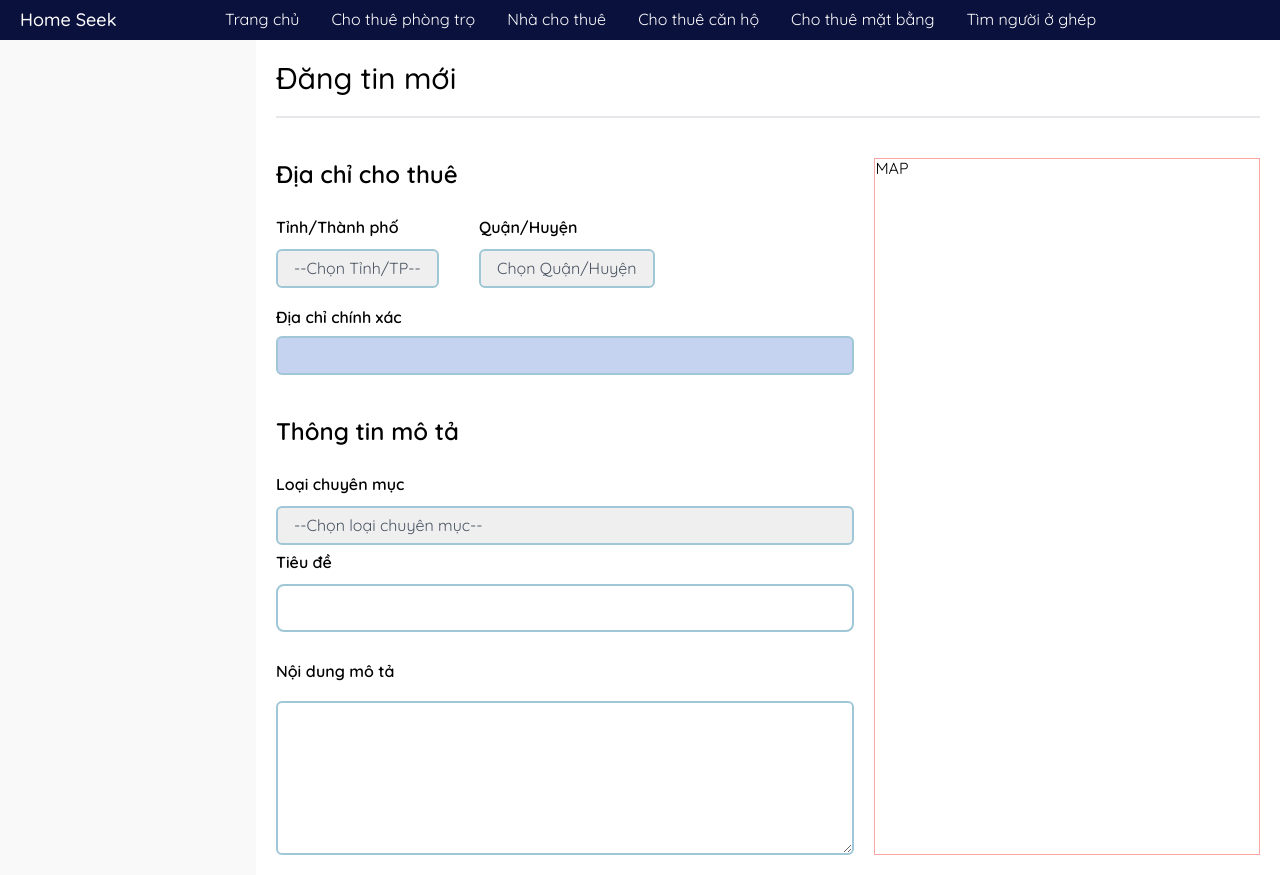
Repository: ajincome26/homeseek
Page: /create (app in client/)
These files come from the project's save history. The page is drawn as it stood at one moment and after the next save; the edit follows.
The browser window is 1280 px wide. The pictures show the whole page.
The page's requests for data from a server got no answer. The project was rebuilt for these pictures with package versions that can differ from the ones it lists, and the page was loaded fresh each time. Some packages were replaced by stand-ins written for this rebuild. No one was signed in, and anything a server would have sent is missing. Also part of the build but not shown: client/vite.config.ts, client/src/components/Footer/Footer.tsx, client/src/components/Button/Button.tsx, client/src/components/Button/index.ts, client/src/utils/utils.tsx, client/src/components/MainHeader/components/User.tsx, client/src/components/Popover/Popover.tsx, client/src/components/Popover/index.ts and 16 more.

Above is the page before, as saved 2024-01-10 05:13:17.

### client/index.html
<!doctype html>
<html lang="en">
  <head>
    <meta charset="UTF-8" />
    <link rel="icon" type="image/svg+xml" href="/vite.svg" />
    <meta name="viewport" content="width=device-width, initial-scale=1.0" />
    <title>Home Seek</title>
    <link rel="preconnect" href="https://fonts.googleapis.com" />
    <link rel="preconnect" href="https://fonts.gstatic.com" crossorigin />
    <link
      href="https://fonts.googleapis.com/css2?family=Quicksand:wght@300;400;500;600;700&display=swap"
      rel="stylesheet"
    />
  </head>
  <body>
    <div id="root"></div>
    <script type="module" src="/src/main.tsx"></script>
  </body>
</html>

### client/src/main.tsx
import ReactDOM from 'react-dom/client'
import App from './App'
import './styles/index.scss'
import { BrowserRouter } from 'react-router-dom'
import { QueryClient, QueryClientProvider } from '@tanstack/react-query'
import { ReactQueryDevtools } from '@tanstack/react-query-devtools'
import { AuthProvider } from './contexts/auth.context'
import { ErrorBoundary } from './components/ErrorBoundary'

// Create a client
const queryClient = new QueryClient({
  defaultOptions: {
    queries: {
      refetchOnWindowFocus: false // disable việc fetch lại api khi focus tab window
    }
  }
})

ReactDOM.createRoot(document.getElementById('root')!).render(
  <BrowserRouter>
    <QueryClientProvider client={queryClient}>
      <AuthProvider>
        <ErrorBoundary>
          <App />
        </ErrorBoundary>
      </AuthProvider>
      <ReactQueryDevtools initialIsOpen={false} />
    </QueryClientProvider>
  </BrowserRouter>
)

### client/src/App.tsx
import { useEffect } from 'react'
import { useAuth } from './contexts/auth.context'
import useRoute from './useRoute'
import { LocalStorageEventTarget } from './utils/auth'
import { ToastContainer } from 'react-toastify'
import 'react-toastify/dist/ReactToastify.css'

function App() {
  const routeElements = useRoute()
  const { resetAuth } = useAuth()
  useEffect(() => {
    LocalStorageEventTarget.addEventListener('clearLS', () => {
      resetAuth()
    })
    return () => {
      LocalStorageEventTarget.removeEventListener('clearLS', () => {
        resetAuth()
      })
    }
  }, [resetAuth])
  return (
    <div className='bg-third'>
      <ToastContainer />
      <div>{routeElements}</div>
    </div>
  )
}

export default App

### client/src/styles/index.scss
@tailwind base;
@tailwind components;
@tailwind utilities;

@import 'reset';

body {
  font-family: 'Quicksand', sans-serif;
  font-size: 16px;
  line-height: 1.2;
}

select {
  -webkit-appearance: none;
  -moz-appearance: none;
  appearance: none;
}

::-webkit-scrollbar {
  width: 10px;
}
::-webkit-scrollbar-track {
  background-color: #fafafa;
}
::-webkit-scrollbar-thumb {
  background-color: #ccd0d7;
  border-radius: 50px;
}

/* Chrome, Safari, Edge, Opera */
input::-webkit-outer-spin-button,
input::-webkit-inner-spin-button {
  -webkit-appearance: none;
  margin: 0;
}
/* Firefox */
input[type='number'] {
  appearance: textfield;
}

.cr-truncate-1 {
  overflow: hidden;
  display: -webkit-box;
  -webkit-box-orient: vertical;
  -webkit-line-clamp: 1;
  text-overflow: ellipsis;
  word-break: break-word;
}

// class tailwind-sort
.cr-transition {
  @apply transition-all ease-linear duration-200;
}
.cr-hover-text {
  @apply hover:text-[#977616] transition-colors ease-linear duration-200 cursor-pointer;
}
.cr-input-text {
  @apply px-3 py-2 border-[2px] border-[#a0c7d6] outline-none rounded-md focus:border-[#4b5fc2] cr-transition box-border w-full;
}

### client/src/contexts/auth.context.tsx
import React, { createContext, useContext, useState } from 'react'
import { User } from '~/types/user.type'
import { getAccessToken, getUserInfoFromStorage } from '~/utils/auth'

interface AuthProviderType {
  isLoggedIn: boolean
  setIsLoggedIn: React.Dispatch<React.SetStateAction<boolean>>
  userInfo: User | null
  setUserInfo: React.Dispatch<React.SetStateAction<User | null>>
  resetAuth: () => void
}
const initialContext: AuthProviderType = {
  isLoggedIn: Boolean(getAccessToken()),
  setIsLoggedIn: () => null,
  userInfo: getUserInfoFromStorage(),
  setUserInfo: () => null,
  resetAuth: () => null
}

const AuthContext = createContext<AuthProviderType>(initialContext)
const useAuth = () => {
  const context = useContext(AuthContext)
  if (typeof context === 'undefined') throw new Error('useAuth must be used within a AuthContext')
  return context
}
const AuthProvider = ({ children }: { children: React.ReactNode }) => {
  const [isLoggedIn, setIsLoggedIn] = useState(initialContext.isLoggedIn)
  const [userInfo, setUserInfo] = useState(initialContext.userInfo)
  const resetAuth = () => {
    setIsLoggedIn(false)
    setUserInfo(null)
  }
  return (
    <AuthContext.Provider value={{ isLoggedIn, setIsLoggedIn, userInfo, setUserInfo, resetAuth }}>
      {children}
    </AuthContext.Provider>
  )
}

// eslint-disable-next-line react-refresh/only-export-components
export { useAuth, AuthProvider }

### client/src/components/ErrorBoundary/index.ts
export { default as ErrorBoundary } from './ErrorBoundary'

### client/src/useRoute.tsx
import { useRoutes } from 'react-router-dom'
import { path } from './constants/path'
import { MainLayout } from './layouts/MainLayout'
import ManageLayout from './layouts/ManageLayout/ManageLayout'
import { CreatePost } from './pages/CreatePostPage'
import { HomePage } from './pages/HomePage'
import { LoginPage } from './pages/LoginPage'
import { RegisterPage } from './pages/RegisterPage'

const { HOME, LOGIN, REGISTER, OAUTH, CREATE } = path

const useRoute = () => {
  return useRoutes([
    {
      path: LOGIN,
      element: <LoginPage />
    },
    {
      path: REGISTER,
      element: <RegisterPage />
    },
    {
      path: OAUTH,
      element: <LoginPage />
    },
    {
      path: OAUTH,
      element: <RegisterPage />
    },
    // Authen không ảnh hưởng
    {
      element: <ManageLayout />,
      children: [
        {
          index: true,
          path: CREATE,
          element: <CreatePost />
        }
      ]
    },
    {
      element: <MainLayout />,
      children: [
        {
          index: true,
          path: HOME,
          element: <HomePage />
        }
      ]
    }
  ])
}

export default useRoute

### client/src/utils/auth.ts
import { User } from '~/types/user.type'

export const LocalStorageEventTarget = new EventTarget()

export const getAccessToken = () => localStorage.getItem('accessToken') || ''
export const getRefreshToken = () => localStorage.getItem('refreshToken') || ''
export const setAccessToken = (accessToken: string) => localStorage.setItem('accessToken', accessToken)
export const setRefreshToken = (refreshToken: string) => localStorage.setItem('refreshToken', refreshToken)
export const getUserInfoFromStorage = () => {
  const info = localStorage.getItem('userInfo')
  return info ? JSON.parse(info) : null
}
export const setUserInfoToStorage = (userInfo: User) => localStorage.setItem('userInfo', JSON.stringify(userInfo))

export const clearLocalStorage = () => {
  localStorage.removeItem('accessToken')
  localStorage.removeItem('refreshToken')
  localStorage.removeItem('userInfo')
  const clearLSEvent = new Event('clearLS')
  LocalStorageEventTarget.dispatchEvent(clearLSEvent)
}

### client/src/styles/_reset.scss
*,
*::before,
*::after {
  box-sizing: border-box;
}
* {
  margin: 0;
  padding: 0;
}

html,
body {
  height: 100%;
}
body {
  line-height: 1.5;
  -webkit-font-smoothing: antialiased;
  -webkit-tap-highlight-color: rgba(0, 0, 0, 0);
}
a {
  text-decoration: none;
  color: inherit;
}
img,
picture,
video,
canvas,
svg {
  display: block;
  // max-width: 100%;
}
input,
button,
textarea,
select {
  font: inherit;
  outline: none;
}
option:checked {
  background-color: #0891b2;
  color: white;
  font-style: italic;
}
p,
h1,
h2,
h3,
h4,
h5,
h6 {
  overflow-wrap: break-word;
}

### client/src/constants/path.ts
export const path = {
  HOME: '/',
  LOGIN: '/login',
  OAUTH: '/login/oauth',
  REGISTER: '/register',
  LOGOUT: '/logout',

  ROOM_FOR_RENT: '/room-for-rent',
  HOUSE_FOR_RENT: '/house-for-rent',
  APARTMENT_FOR_RENT: '/apartment-for-rent',
  GROUND_FOR_RENT: '/ground-for-rent',
  FIND_A_ROOMATE: '/find-a-roomate',

  CREATE: '/create',
  MANAGE: '/manage',
  PROFILE: '/user/profile',
  CHANGE_PASSWORD: '/user/change-password',

  CONTACT: '/contact',

  NOT_FOUND: '*'
}

### client/src/layouts/MainLayout/index.ts
export { default as MainLayout } from './MainLayout'

### client/src/layouts/ManageLayout/ManageLayout.tsx
import { Outlet } from 'react-router-dom'
import { Sidebar } from '~/components/Sidebar'
import { SubHeader } from '~/components/SubHeader'

const ManageLayout = () => {
  return (
    <>
      <SubHeader />
      <div className='pt-[40px] flex'>
        <div className='min-h-[calc(100vh-40px)] basis-1/5'>
          <Sidebar />
        </div>
        <div className='bg-white basis-4/5'>
          <Outlet />
        </div>
      </div>
    </>
  )
}

export default ManageLayout

### client/src/pages/CreatePostPage/index.ts
export { default as CreatePost } from './CreatePost'

### client/src/pages/HomePage/index.ts
export { default as HomePage } from './HomePage'

### client/src/pages/LoginPage/index.ts
export { default as LoginPage } from './LoginPage'

### client/src/pages/RegisterPage/index.ts
export { default as RegisterPage } from './RegisterPage'

### client/src/components/Sidebar/index.ts
export { default as Sidebar } from './Sidebar'

### client/src/components/SubHeader/index.ts
export { default as SubHeader } from './SubHeader'

### client/src/pages/CreatePostPage/CreatePost.tsx
import { yupResolver } from '@hookform/resolvers/yup'
import { useForm } from 'react-hook-form'
import { postSchema, PostSchema } from '~/utils/schema'
import Address from './components/Address'
import Overview from './components/Overview'

export type FormPost = PostSchema

const CreatePost = () => {
  const { handleSubmit } = useForm<FormPost>({
    resolver: yupResolver(postSchema)
  })
  const handleCreatePost = (data: FormPost) => {}
  return (
    <div className='p-5 text-black'>
      <h2 className='w-full pb-5 text-3xl font-medium border-b-2'>Đăng tin mới</h2>
      <div className='flex gap-5 mt-10'>
        <form onSubmit={handleSubmit(handleCreatePost)} className='flex flex-col gap-10 basis-[60%]'>
          <Address />
          <Overview />
        </form>
        <div className='border border-red-300 map basis-[40%]'>MAP</div>
      </div>
    </div>
  )
}

export default CreatePost

### client/src/components/SubHeader/SubHeader.tsx
import { Link } from 'react-router-dom'
import { SubNavigation } from '../SubNavigation'

const SubHeader = () => {
  return (
    <div className='fixed w-full h-[40px] bg-primary text-white flex items-center gap-12 px-5'>
      <Link to={'/'} className='text-lg font-medium cursor-pointer hover:text-sixth cr-transition'>
        Home Seek
      </Link>
      <div className='w-[80%]'>
        <SubNavigation />
      </div>
    </div>
  )
}

export default SubHeader

### client/src/pages/CreatePostPage/components/Overview.tsx
import { yupResolver } from '@hookform/resolvers/yup'
import { useState } from 'react'
import { Field } from '~/components/Field'
import { Input } from '~/components/Input'
import { Select } from '~/components/Select'
import { categories } from '~/constants/data'
import { useForm } from 'react-hook-form'
import { postSchema, PostSchema } from '~/utils/schema'
import { Label } from '~/components/Label'

export type FormCreatePost = PostSchema

const Overview = () => {
  const [category, setCategory] = useState('')
  const {
    register,
    handleSubmit,
    setError,
    formState: { errors }
  } = useForm<FormCreatePost>({
    resolver: yupResolver(postSchema)
  })
  return (
    <div>
      <h1 className='mb-5 text-2xl font-semibold'>Thông tin mô tả</h1>
      <Field>
        <Label textColor='text-black' htmlFor='title'>
          Loại chuyên mục
        </Label>
        <Select
          type='category'
          optionTitle='--Chọn loại chuyên mục--'
          categories={categories as []}
          value={category}
          setValue={setCategory}
        />
      </Field>
      <Field>
        <Label textColor='text-black' htmlFor='title'>
          Tiêu đề
        </Label>
        <Input
          className='px-3 py-2 border-[2px] border-[#a0c7d6] outline-none focus:border-[#4b5fc2] cr-transition flex-1 hover:border-[#a0c7d6]'
          register={register}
          name='title'
          errorMessage={errors.title?.message}
        />
      </Field>
      <Field>
        <Label textColor='text-black' htmlFor='title'>
          Nội dung mô tả
        </Label>
        <textarea
          id='desc'
          className='mt-2 cr-input-text'
          rows={7}
          // value={payload.description}
          // onChange={(e) => setPayload((prev) => ({ ...prev, description: e.target.value }))}
          // onFocus={() => setInvalidFields([])}
        />
      </Field>
    </div>
  )
}

export default Overview

### client/src/components/Field/index.ts
export { default as Field } from './Field'

### client/src/components/Input/index.ts
export { default as Input } from './Input'
export { default as InputPassword } from './InputPassword'
export { default as InputSearch } from './InputSearch'
export { default as InputNumber } from './InputNumber'
export { default as InputFile } from './InputFile'
export { default as InputReadOnly } from './InputReadOnly'

### client/src/components/Label/index.ts
export { default as Label } from './Label'

### client/src/components/SubNavigation/index.ts
export { default as SubNavigation } from './SubNavigation'

### client/src/apis/province.api.ts
import { Province } from '~/types/province.type'
import { apiGetPublicProvinces } from '~/utils/utils'

const provinceApi = {
  getProvinces: () => apiGetPublicProvinces.get<Province[]>('/')
}

export default provinceApi

### client/src/components/Select/index.ts
export { default as Select } from './Select'

### client/src/components/Field/Field.tsx
interface Props {
  children: JSX.Element | JSX.Element[]
}

const Field = ({ children }: Props) => {
  return <div className='flex flex-col items-start'>{children}</div>
}

export default Field

### client/src/components/Input/Input.tsx
import { InputHTMLAttributes } from 'react'
import type { FieldValues, FieldPath, UseFormRegister } from 'react-hook-form'

export interface InputProps<TFieldValues extends FieldValues> extends InputHTMLAttributes<HTMLInputElement> {
  name: FieldPath<TFieldValues>
  errorMessage?: string
  register: UseFormRegister<TFieldValues>
}

const Input = <TFieldValues extends FieldValues = FieldValues>({
  className,
  type,
  name,
  children,
  errorMessage,
  register,
  ...props
}: InputProps<TFieldValues>) => {
  return (
    <div className='relative w-full'>
      <input
        id={name}
        type={type || 'text'}
        {...register(name)}
        {...props}
        className={`mb-[6px] border rounded-lg py-3 bg-grayField hover:border-primary focus:border-primary transition w-full focus:bg-white ${
          children ? 'pl-4 pr-10' : 'px-4'
        } ${className}`}
        autoComplete='on'
      />
      <span className='absolute top-1/2 right-3 translate-y-[-110%] cursor-pointer text-grayDark'>{children}</span>
      <div className='text-sm text-red-500 min-h-[1rem] leading-4'>{errorMessage}</div>
    </div>
  )
}

export default Input

### client/src/components/Input/InputReadOnly.tsx
import { InputHTMLAttributes } from 'react'

export interface InputProps extends InputHTMLAttributes<HTMLInputElement> {
  title: string
  data: string
}

const InputReadOnly = ({ title, data }: InputProps) => {
  return (
    <div className='w-full'>
      <label className='font-semibold' htmlFor={title}>
        {title}
      </label>
      <input type='text' id={title} value={data || ''} className='mt-2 cr-input-text bg-[#c5d3f1]' readOnly />
    </div>
  )
}

export default InputReadOnly

### client/src/components/Label/Label.tsx
interface Props {
  htmlFor: string
  children: string
  textColor?: string
}

const Label = ({ htmlFor, children, textColor }: Props) => {
  return (
    <label className={`${textColor || 'text-white'} mt-2 mb-3 font-semibold cursor-pointer`} htmlFor={htmlFor}>
      {children}
    </label>
  )
}

export default Label

### client/src/components/SubNavigation/SubNavigation.tsx
import { NavLink } from 'react-router-dom'
import { categories } from '~/constants/data'

const notActive = 'hover:bg-secondary px-4 h-full flex items-center bg-primary transition-all ease-linear duration-300'
const active = 'hover:bg-secondary px-4 h-full flex items-center bg-secondary'
const SubNavigation = () => {
  return (
    <div className='w-full h-[40px] flex justify-center items-center'>
      <div className='flex items-center h-full'>
        <NavLink to={'/'} className={({ isActive }) => (isActive ? active : notActive)}>
          Trang chủ
        </NavLink>
        {categories?.length > 0 &&
          categories.map((item, index) => {
            return (
              <div key={index} className='h-full'>
                <NavLink to={item.path} className={({ isActive }) => (isActive ? active : notActive)}>
                  {item.name}
                </NavLink>
              </div>
            )
          })}
      </div>
    </div>
  )
}

export default SubNavigation

Loaded but not shown: client/tailwind.config.js (37 lines, source omitted); client/src/utils/schema.ts (64 lines, source omitted); client/src/pages/CreatePostPage/components/Address.tsx (77 lines, source omitted); client/src/components/Select/Select.tsx (49 lines, source omitted); client/src/utils/icons.ts (69 lines, source omitted); client/src/constants/data.tsx (73 lines, source omitted)

After the next save:
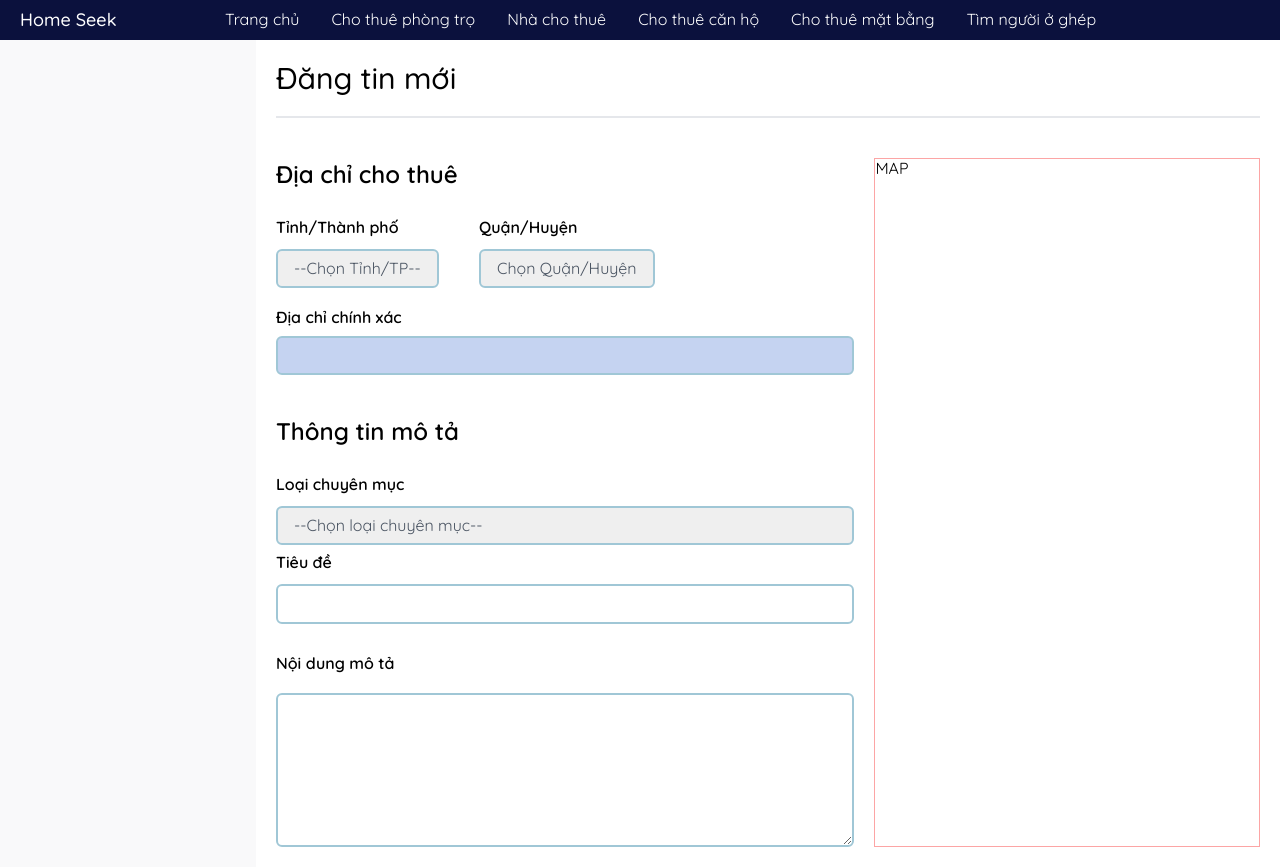
Saved 40 s later.
--- a/client/src/pages/CreatePostPage/components/Overview.tsx
+++ b/client/src/pages/CreatePostPage/components/Overview.tsx
@@ -39,12 +39,7 @@
         <Label textColor='text-black' htmlFor='title'>
           Tiêu đề
         </Label>
-        <Input
-          className='px-3 py-2 border-[2px] border-[#a0c7d6] outline-none focus:border-[#4b5fc2] cr-transition flex-1 hover:border-[#a0c7d6]'
-          register={register}
-          name='title'
-          errorMessage={errors.title?.message}
-        />
+        <Input className='cr-input-text' register={register} name='title' errorMessage={errors.title?.message} />
       </Field>
       <Field>
         <Label textColor='text-black' htmlFor='title'>

After the 4 saves that followed:
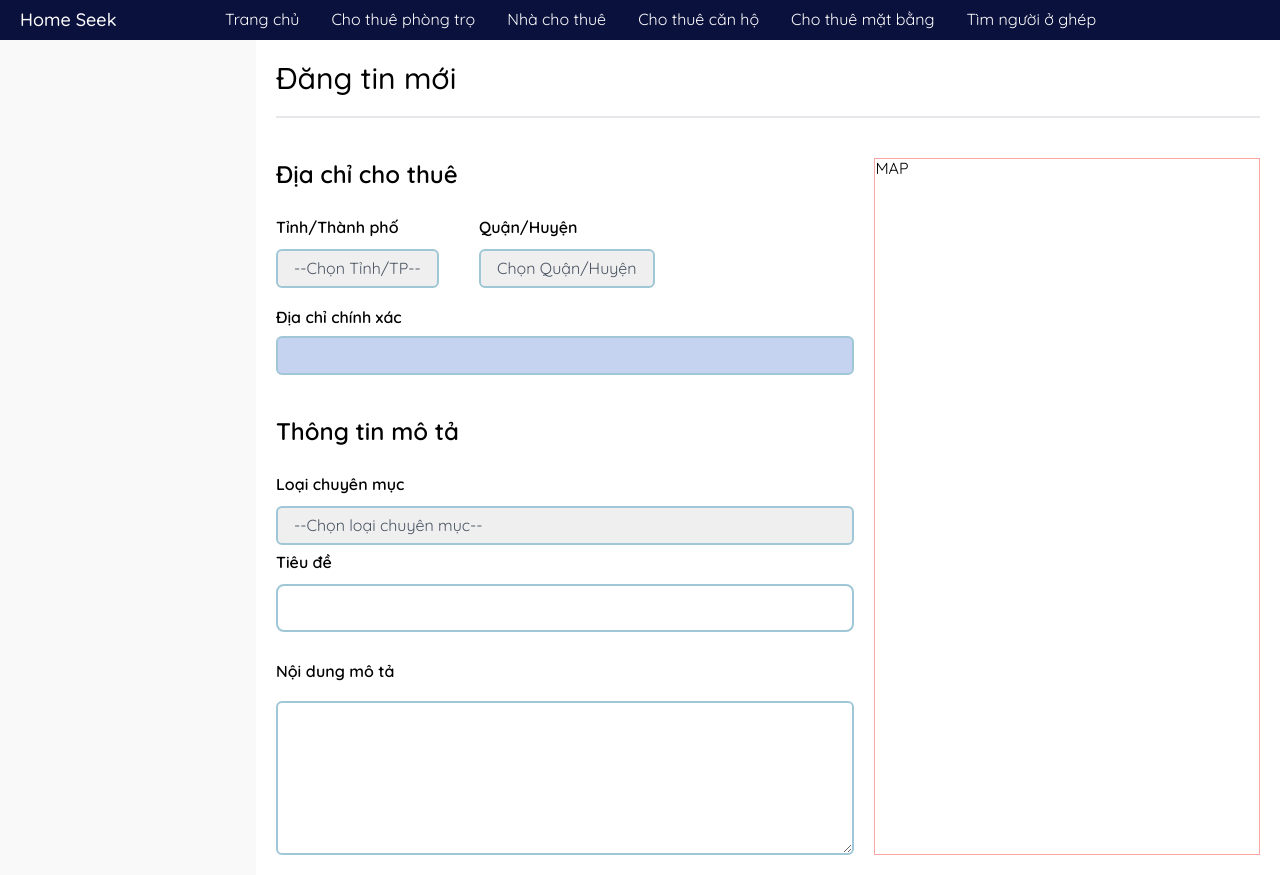
The 4 saves are shown as one change because 3 left the picture as it was.
The last was saved 3 min 31 s later.
--- a/client/src/pages/CreatePostPage/components/Overview.tsx
+++ b/client/src/pages/CreatePostPage/components/Overview.tsx
@@ -39,7 +39,12 @@
         <Label textColor='text-black' htmlFor='title'>
           Tiêu đề
         </Label>
-        <Input className='cr-input-text' register={register} name='title' errorMessage={errors.title?.message} />
+        <Input
+          className='px-3 py-2 border-[2px] border-[#a0c7d6] outline-none focus:border-[#4b5fc2] cr-transition flex-1 hover:border-[#a0c7d6]'
+          register={register}
+          name='title'
+          errorMessage={errors.title?.message}
+        />
       </Field>
       <Field>
         <Label textColor='text-black' htmlFor='title'>
